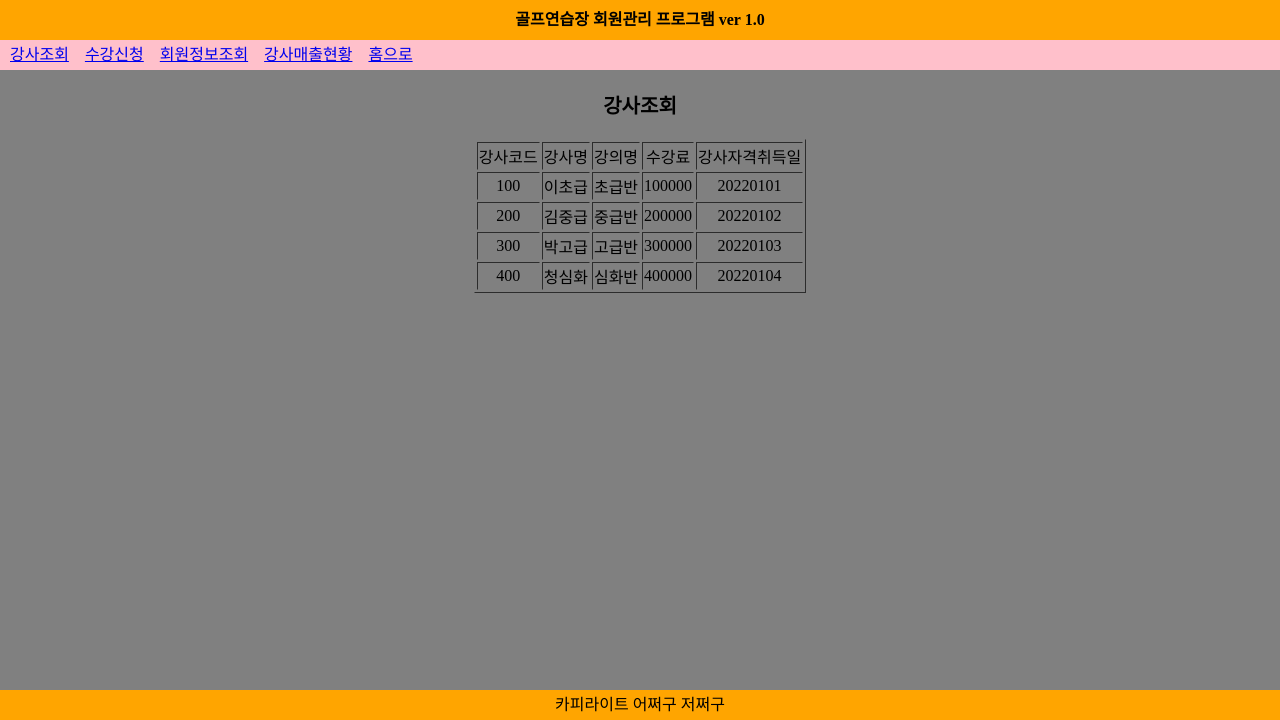
Repository: wjdwlgns1101/school_hrd
Page: http://localhost/hrd_30111_1_/t_list.jsp
An editor plug-in stored every save of this project. The page is shown before and after the next save, followed by the edit.
The browser window is 1280 px wide. The pictures show the whole page.
The page is served by Tomcat 9. The database holds what the project's SQL file puts in it.

Above is the page before, as saved 2024-05-06 15:02:25.

After the next save:
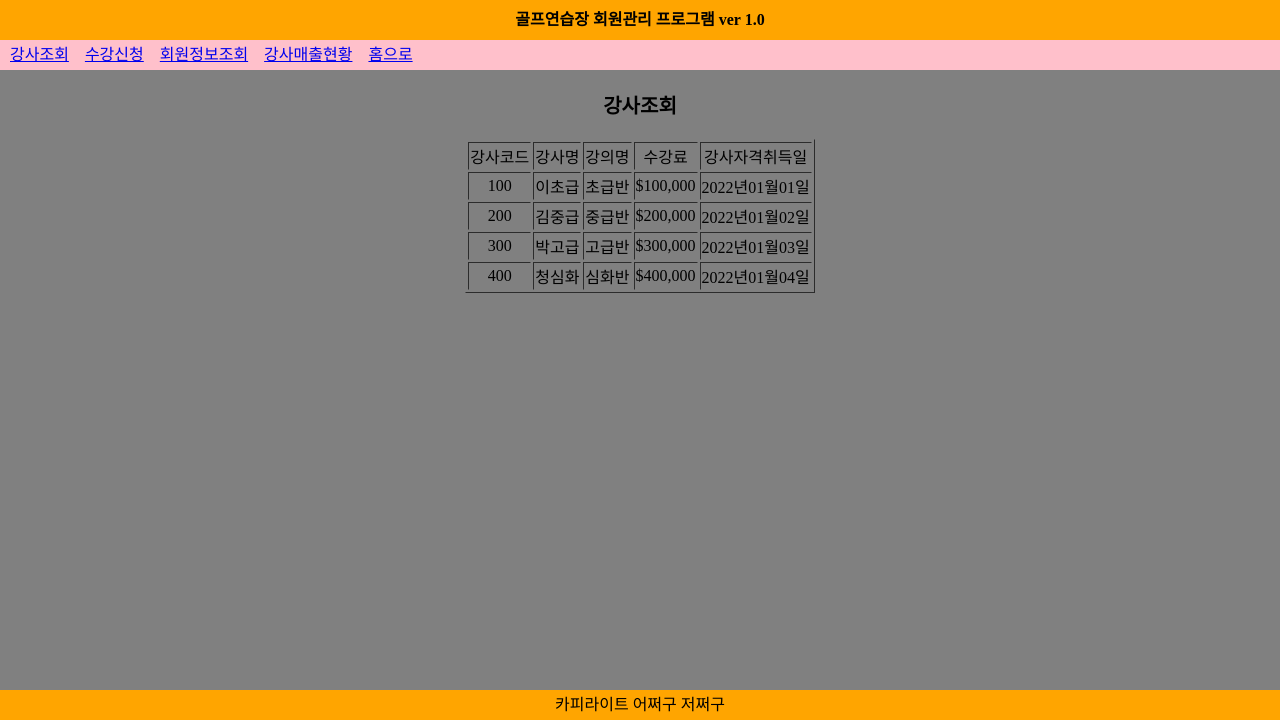
Saved 31 s later.
--- a/hrd_30111_(1)/hrd_30111(1)/src/main/webapp/t_list.jsp
+++ b/hrd_30111_(1)/hrd_30111(1)/src/main/webapp/t_list.jsp
@@ -42,8 +42,8 @@
 		<td><%= t_code %></td>
 		<td><%= t_name %></td>
 		<td><%= c_name %></td>
-		<td><%= c_price %></td>
-		<td><%= t_date %></td>
+		<td><%= price %></td>
+		<td><%= class_data %></td>
 
 	</tr>
 		 <%
